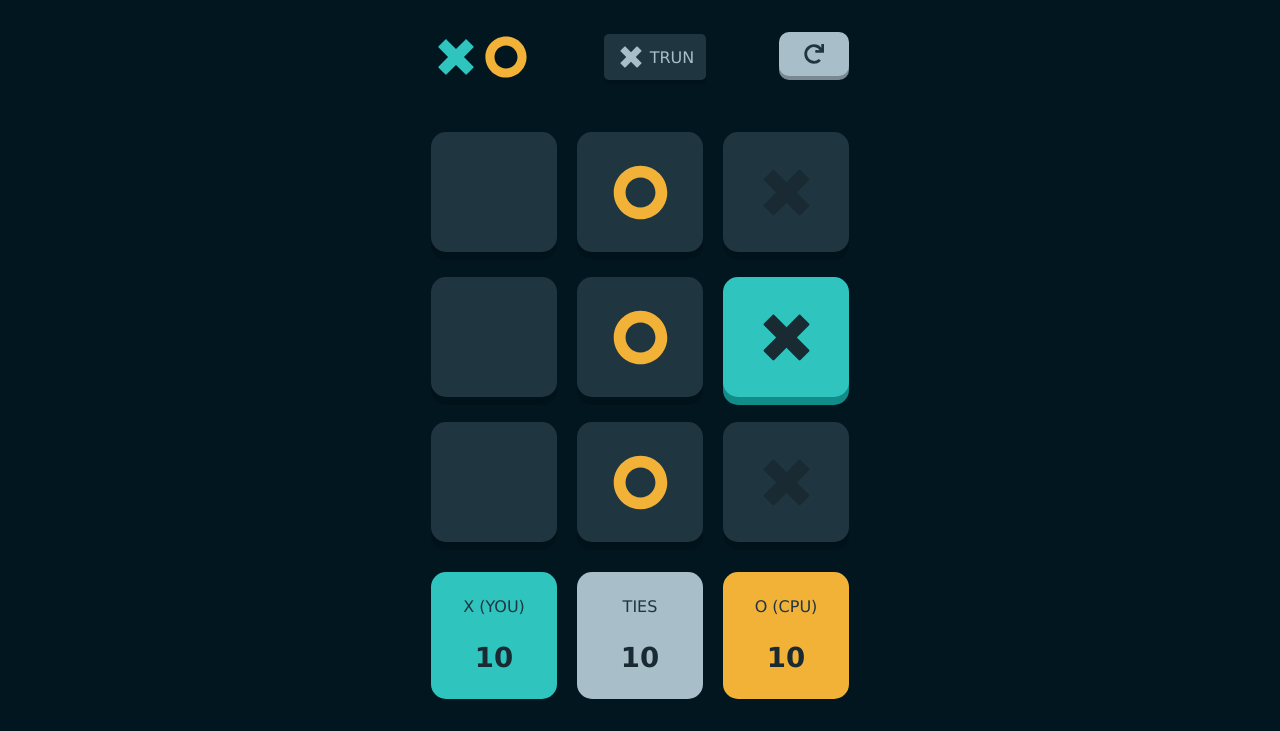
Repository: SD-Mdouka/XO_GAME
Page: /
These files come from the project's save history. The page is drawn as it stood at one moment and after the next save; the edit follows.
The browser window is 1280 px wide. The pictures show the whole page.
The project was rebuilt for these pictures with package versions that can differ from the ones it lists, and the page was loaded fresh each time. Also part of the build but not shown: src/component/start/Start.js.

Above is the page before, as saved 2022-08-29 17:39:29.

### src/index.css
* {
    padding: 0;
    margin: 0;
    box-sizing: border-box;
}

:root {
    --color-bg-dark: #192a33;
    --color-bg-light: #1f3640;
    --color-gray: #a8bec9;
    --color-gray-dark: #7a8991;
    --color-yellow: #f2b238;
    --color-yellow-dark: #cd8d16;
    --color-blue: #30c4be;
    --color-blue-dark: #128c89;
    --shadow-y: 6px;
}

html {
    font-family: "Lucida Sans", "Lucida Sans Regular", "Lucida Grande", "Lucida Sans Unicode", Geneva, Verdana, sans-serif;
    text-transform: uppercase;
    font-size: 16px;
}

body {
    background-color: var(--color-bg-dark);
    color: var(--color-gray);
}

.App {
    background-color: #021620;
    min-height: 100vh;
    display: flex;
    align-items: center;
    justify-content: center;
}

.container {
    max-width: 450px;
    width: 100%;
    margin-inline: auto;
    padding: 2rem 1rem;
}


/*utilites*/

.card {
    padding: 25px;
    display: flex;
    flex-direction: column;
    gap: 25px;
    border-radius: 15px;
    background-color: var(--color-bg-light);
    -webkit-border-radius: 15px;
    -moz-border-radius: 15px;
    -ms-border-radius: 15px;
    -o-border-radius: 15px;
    text-align: center;
}

.text-lg {
    font-size: 1.25rem;
}

.text-xl {
    font-size: 1.5rem;
}

.text-2xl {
    font-size: 1.725rem;
}

.text-light {
    color: var(--color-gray);
}

.text-blue {
    color: var(--color-blue);
}

.text-yellow {
    color: var(--color-yellow);
}

.bg-blue {
    background-color: var(--color-blue);
    color: var(--color-bg-dark);
}

.bg-yellow {
    background-color: var(--color-yellow);
    color: var(--color-bg-dark);
}

.bg-light {
    background-color: var(--color-gray);
    color: var(--color-bg-dark);
}

.bg-blue.text-light,
.bg-blue .text-light,
.bg-yellow.text-light,
.bg-yellow .text-light,
.bg-light .text-light,
.bg-light.text-light {
    color: var(--color-bg-light);
}

.btn {
    background-color: var(--color-gray);
    border: none;
    font-size: 1.125rem;
    font-weight: bold;
    padding: 12px 25px;
    text-transform: uppercase;
    cursor: pointer;
    border-radius: 10px;
    -webkit-border-radius: 10px;
    -moz-border-radius: 10px;
    -ms-border-radius: 10px;
    -o-border-radius: 10px;
    color: var(--color-bg-light);
    display: inline-block;
    box-shadow: 0 var(--shadow-y) 0 var(--color-gray-dark);
    margin-bottom: 6px;
    transition: all 0.2s;
    -webkit-transition: all 0.2s;
    -moz-transition: all 0.2s;
    -ms-transition: all 0.2s;
    -o-transition: all 0.2s;
}

.btn:hover {
    --shadow-y: 8px;
    transform: translateY(-2px);
    -webkit-transform: translateY(-2px);
    -moz-transform: translateY(-2px);
    -ms-transform: translateY(-2px);
    -o-transform: translateY(-2px);
}

.btn:active {
    --shadow-y: 4px;
    transform: translateY(2px);
    -webkit-transform: translateY(2px);
    -moz-transform: translateY(2px);
    -ms-transform: translateY(2px);
    -o-transform: translateY(2px);
}

.btn-yellow {
    background-color: var(--color-yellow);
    box-shadow: 0 var(--shadow-y) 0 var(--color-yellow-dark);
}

.btn-blue {
    background-color: var(--color-blue);
    box-shadow: 0 var(--shadow-y) 0 var(--color-blue-dark);
}

.btn-sm {
    --shadow-y: 4px;
}

.btn-sm:hover {
    --shadow-y: 6px;
}

.btn-sm:active {
    --shadow-y: 3px;
}

.shadow-gray {
    box-shadow: 0 8px 0 rgba(0, 0, 0, 0.2);
}

.shadow-blue {
    box-shadow: 0 8px 0 var(--color-blue-dark);
}

.shadow-yellow {
    box-shadow: 0 8px 0 var(--color-yellow-dark);
}


/* icons */

.icon {
    display: inline-block;
}

.icon svg {
    fill: var(--color-gray);
    height: 50px;
    width: 50px;
    vertical-align: middle;
}

.icon-sm svg {
    height: 30px;
    width: 30px;
}

.icon-lg svg {
    height: 65px;
    width: 65px;
}

.icon-yellow svg {
    fill: var(--color-yellow);
}

.icon-blue svg {
    fill: var(--color-blue);
}

.icon-dark svg {
    fill: var(--color-bg-dark);
}


/* Sarte */

.start {
    display: flex;
    flex-direction: column;
    gap: 25px;
}

.start__header {
    display: flex;
    align-items: center;
    justify-content: center;
}

.start__players {
    background-color: var(--color-bg-dark);
    padding: 10px;
    border-radius: 15px;
    -webkit-border-radius: 15px;
    -moz-border-radius: 15px;
    -ms-border-radius: 15px;
    -o-border-radius: 15px;
    display: flex;
    align-items: center;
    box-shadow: inset 0 0 8px rgba(0, 0, 0, 0.2);
}

.start__players span {
    width: 50%;
    display: flex;
    align-items: center;
    justify-content: center;
    padding: 15px 10px;
    border-radius: 10px;
    -webkit-border-radius: 10px;
    -moz-border-radius: 10px;
    -ms-border-radius: 10px;
    -o-border-radius: 10px;
    cursor: pointer;
}

.start__players--active {
    background-color: var(--color-gray);
    box-shadow: 0 0 8px rgba(255, 255, 255, 0.2);
}

.start__btns {
    display: flex;
    flex-direction: column;
    gap: 12px;
}


/* board */

.board__header {
    display: flex;
    justify-content: space-between;
    align-items: center;
    margin-bottom: 50px;
}

.board__turn {
    border-radius: 5px;
    background-color: var(--color-bg-light);
    -webkit-border-radius: 5px;
    -moz-border-radius: 5px;
    -ms-border-radius: 5px;
    -o-border-radius: 5px;
    padding: 8px 12px;
    align-items: center;
    display: flex;
    gap: 4px;
    box-shadow: 0 4px 0 rgba(0, 0, 0, 0.2);
}

.board__restart svg {
    height: 20px;
    display: flex;
    align-items: center;
    transform-origin: center;
    transition: all 0.3s;
    -webkit-transition: all 0.3s;
    -moz-transition: all 0.3s;
    -ms-transition: all 0.3s;
    -o-transition: all 0.3s;
}

.board__restart:active svg {
    transform: rotate(180deg);
    -webkit-transform: rotate(180deg);
    -moz-transform: rotate(180deg);
    -ms-transform: rotate(180deg);
    -o-transform: rotate(180deg);
}

.board__body {
    display: grid;
    grid-template-columns: repeat(3, 1fr);
    gap: 25px 20px;
}

.board__body .card {
    height: 120px;
    display: flex;
    align-items: center;
    justify-content: center;
    cursor: pointer;
    padding-inline: 10px;
}

.board__body .active.shadow-blue {
    background-color: var(--color-blue);
}

.board__body .active.shadow-yellow {
    background-color: var(--color-yellow);
}

.board__body .active.shadow-dark {
    background-color: var(--color-bg-dark);
}

.board__footer {
    margin-top: 30px;
    display: grid;
    grid-template-columns: repeat(3, 1fr);
    gap: 20px;
}

.board__footer .card {
    gap: 25px;
}

### src/App.js
import Board from "./component/board/Board";
import Start from "./component/start/Start";

function App() {
  return (
    <div className="App">
      <div className="container">
        {/* <Start /> */}
        <Board />
      </div>
    </div>
  );
}

export default App;

### src/component/board/Board.js
import React from "react";
import Xicons from "../icons/Xicons";
import Oicons from "../icons/Oicons";
import Refrsh from "../icons/Refrsh";
import BorardCard from "./BorardCard";

const Board = () => {
  const squars = [" ", "o", "x", " ", "o", "x", " ", "o", "x"];
  return (
    <div className="board">
      <div className="board__header">
        <div>
          <Xicons />
          <Oicons />
        </div>
        <div className="board__turn">
          <Xicons color={"ligth"} size="sm" /> trun
        </div>
        <div>
          <button className="btn btn-sm board__restart">
            <Refrsh />
          </button>
        </div>
      </div>
      <div className="board__body">
        {squars.map((sq, ix) => (
          <BorardCard key={ix} index={ix} user={sq} active={ix === 5} />
        ))}
      </div>
      <div className="board__footer">
        <div className="card bg-blue">
          <p className="text-light">x (you)</p>
          <strong className="text-2xl">10</strong>
        </div>
        <div className="card bg-light">
          <p className="text-light">ties</p>
          <strong className="text-2xl">10</strong>
        </div>
        <div className="card bg-yellow">
          <p className="text-light">o (cpu)</p>
          <strong className="text-2xl">10</strong>
        </div>
      </div>
    </div>
  );
};

export default Board;

### src/component/icons/Xicons.js
import React from "react";

const Xicon = ({ color, size }) => {
  return (
    <div
      className={`icon ${color ? "icon-" + color : "icon-blue"} ${
        size && "icon-" + size
      }`}
    >
      <svg
        version="1.1"
        id="Layer_1"
        x="0px"
        y="0px"
        width="100px"
        height="100px"
        viewBox="0 0 100 100"
      >
        <path
          d="M84.707,68.752L65.951,49.998l18.75-18.752c0.777-0.777,0.777-2.036,0-2.813L71.566,15.295
	c-0.777-0.777-2.037-0.777-2.814,0L49.999,34.047l-18.75-18.752c-0.746-0.747-2.067-0.747-2.814,0L15.297,28.431
	c-0.373,0.373-0.583,0.88-0.583,1.407c0,0.527,0.21,1.034,0.583,1.407L34.05,49.998L15.294,68.753
	c-0.373,0.374-0.583,0.88-0.583,1.407c0,0.528,0.21,1.035,0.583,1.407l13.136,13.137c0.373,0.373,0.881,0.583,1.41,0.583
	c0.525,0,1.031-0.21,1.404-0.583l18.755-18.755l18.756,18.754c0.389,0.388,0.896,0.583,1.407,0.583c0.511,0,1.019-0.195,1.408-0.583
	l13.138-13.137C85.484,70.789,85.484,69.53,84.707,68.752z"
        />
      </svg>
    </div>
  );
};

export default Xicon;

### src/component/icons/Oicons.js
import React from "react";

const Oicon = ({ color, size }) => {
  return (
    <div
      className={`icon ${color ? "icon-" + color : "icon-yellow"} ${
        size && "icon-" + size
      }`}
    >
      <svg
        version="1.1"
        id="Layer_1"
        x="0px"
        y="0px"
        viewBox="-169 -35 100 100"
      >
        <g>
          <path
            d="M-119,56.2c-22.7,0-41.2-18.5-41.2-41.2s18.5-41.2,41.2-41.2c22.7,0,41.2,18.5,41.2,41.2S-96.3,56.2-119,56.2z M-119-8
		c-12.7,0-23,10.3-23,23c0,12.7,10.3,23,23,23s23-10.3,23-23C-96,2.3-106.3-8-119-8z"
          />
        </g>
      </svg>
    </div>
  );
};

export default Oicon;

### src/component/icons/Refrsh.js
import React from "react";

const Refrsh = () => {
  return (
    <svg
      aria-hidden="true"
      focusable="false"
      data-prefix="fas"
      data-icon="redo"
      role="img"
      xmlns="http://www.w3.org/2000/svg"
      viewBox="0 0 512 512"
    >
      <path
        fill="currentColor"
        d="M500.33 0h-47.41a12 12 0 0 0-12 12.57l4 82.76A247.42 247.42 0 0 0 256 8C119.34 8 7.9 119.53 8 256.19 8.1 393.07 119.1 504 256 504a247.1 247.1 0 0 0 166.18-63.91 12 12 0 0 0 .48-17.43l-34-34a12 12 0 0 0-16.38-.55A176 176 0 1 1 402.1 157.8l-101.53-4.87a12 12 0 0 0-12.57 12v47.41a12 12 0 0 0 12 12h200.33a12 12 0 0 0 12-12V12a12 12 0 0 0-12-12z"
      ></path>
    </svg>
  );
};

export default Refrsh;

### src/component/board/BorardCard.js
import React from "react";
import Xicons from "../icons/Xicons";
import Oicons from "../icons/Oicons";

const BorardCard = ({ user = "nouser", active, index }) => {
  return (
    <div
      className={`card
      ${active && user === "x" && "shadow-blue"}
    ${active && user === "o" && "shadow-yellow"}
    ${!active ? "shadow-gray" : "active"}
    `}
    >
      {user === "x" && <Xicons color={"dark"} size="lg" />}
      {user === "o" && <Oicons size="lg" />}
    </div>
  );
};

export default BorardCard;

Loaded but not shown: public/index.html (common file); src/index.js (common file)

After the next save:
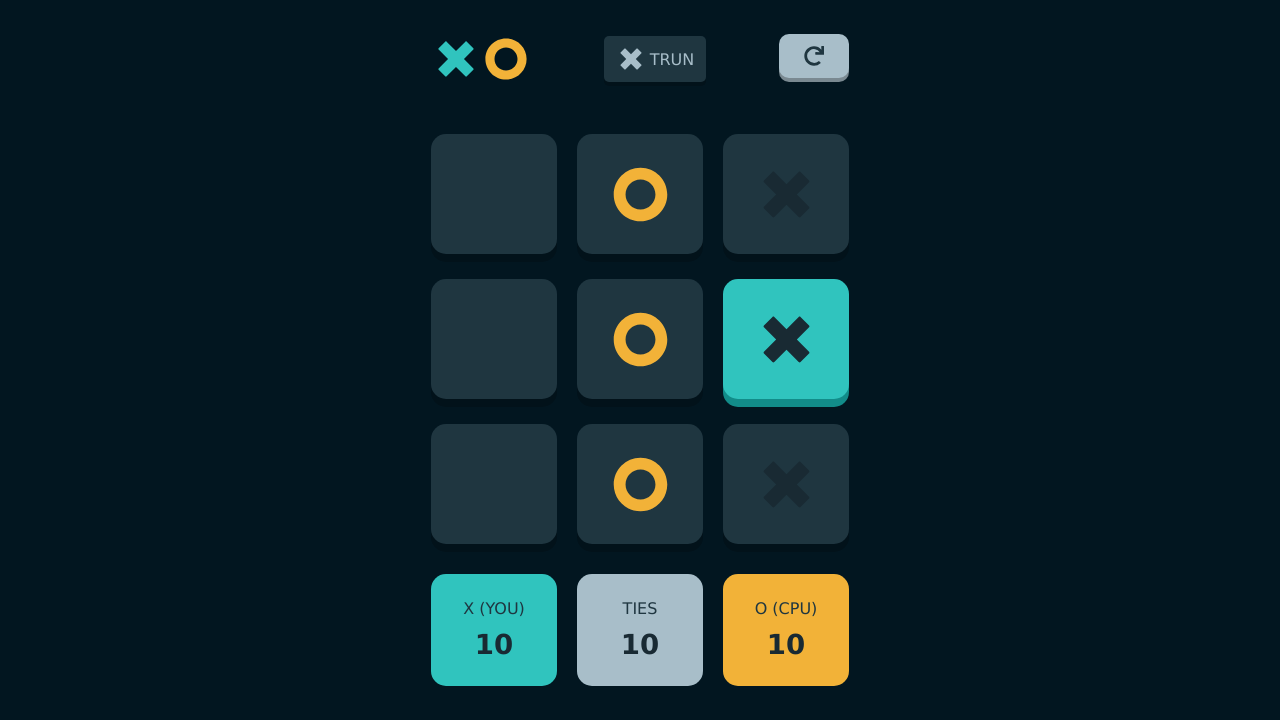
Saved 43 s later.
--- a/src/index.css
+++ b/src/index.css
@@ -351,5 +351,5 @@ body {
 }
 
 .board__footer .card {
-    gap: 25px;
-}
+    gap: 10px;
+}
